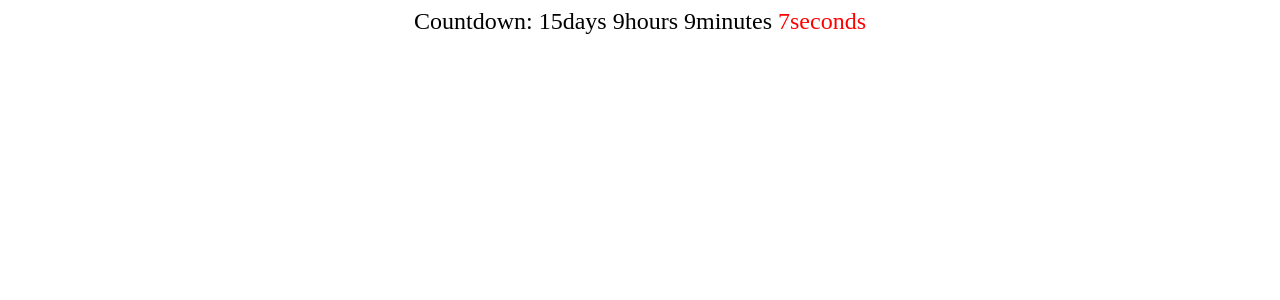
Repository: sinarinzifabrice/Events
Page: index.html
The author's editor kept a copy of each file at every save. The page is drawn from the files as they stood at one save, then again after a run of saves.
The browser window is 1280 px wide. The pictures show the whole page.

Above is the page before, as saved 2024-05-16 09:11:09.

### index.html
<!DOCTYPE html>
<html lang="en">
<head>
  <meta charset="UTF-8">
  <meta name="viewport" content="width=device-width, initial-scale=1.0">
  <title>Countdown Timer</title>
  <style>
    #countdown {
      font-size: 24px;
      text-align: center;
    }
    .red {
      color: red;
    }
  </style>
</head>
<body>

<div id="countdown"></div>

<script>
  // Set the date we're counting down to
  var countDownDate = new Date("May 29, 2024 19:00:00").getTime();

  // Update the countdown every 1 second
  var x = setInterval(function() {

    // Get the current date and time
    var now = new Date().getTime();

    // Calculate the remaining time
    var distance = countDownDate - now;

    // Calculate days, hours, minutes and seconds
    var days = Math.floor(distance / (1000 * 60 * 60 * 24));
    var hours = Math.floor((distance % (1000 * 60 * 60 * 24)) / (1000 * 60 * 60));
    var minutes = Math.floor((distance % (1000 * 60 * 60)) / (1000 * 60));
    var seconds = Math.floor((distance % (1000 * 60)) / 1000);

    // Display the countdown
    document.getElementById("countdown").innerHTML = "Countdown: " + days + "days " + hours + "hours "
    + minutes + "minutes <span class='red'>" + seconds + "seconds</span>";

    // If the countdown is over, display a message
    if (distance < 0) {
      clearInterval(x);
      document.getElementById("countdown").innerHTML = "EXPIRED";
    }
  }, 1000);
</script>

</body>
</html>

After the next 7 saves:
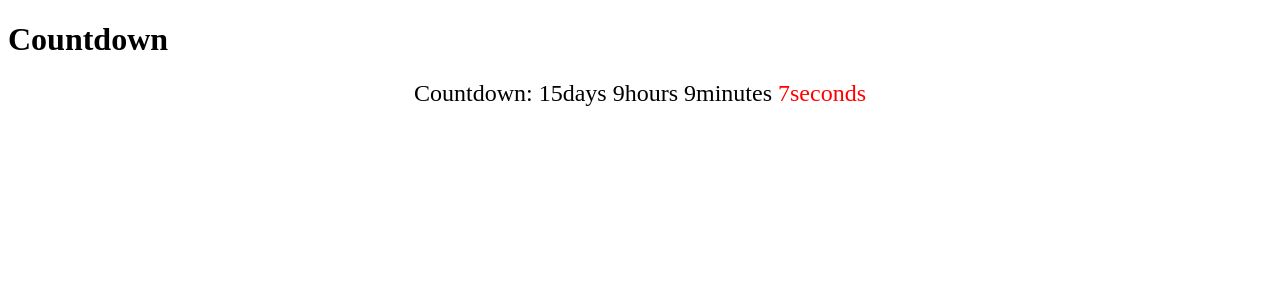
The 7 saves are shown as one change because they came seconds apart.
The last was saved 21 min 2 s later.
--- a/index.html
+++ b/index.html
@@ -15,7 +15,7 @@
   </style>
 </head>
 <body>
-
+<div><h1>Countdown</h1></div>
 <div id="countdown"></div>
 
 <script>
